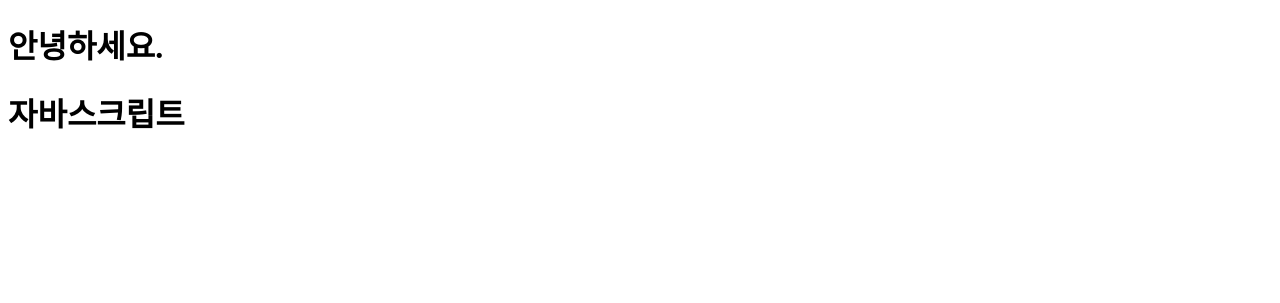
Repository: ssummini/Web
Page: JavaScript/src/main/webapp/javascript/exam09.html
An editor plug-in stored every save of this project. The page is shown before and after the next save, followed by the edit.
The browser window is 1280 px wide. The pictures show the whole page.

Above is the page before, as saved 2024-08-19 06:14:47.

After the next save:
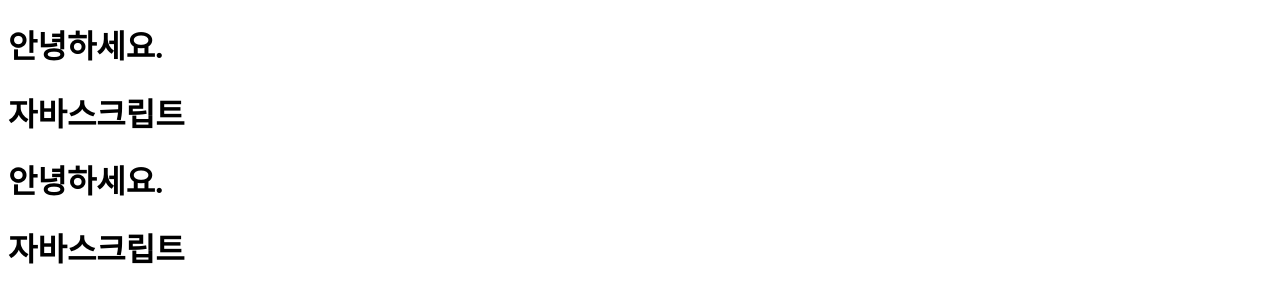
Saved 38 s later.
--- a/JavaScript/src/main/webapp/javascript/exam09.html
+++ b/JavaScript/src/main/webapp/javascript/exam09.html
@@ -11,6 +11,7 @@
 	document.write("<h1>자바스크립트</h1>");
 }
 
+sayHello();
 sayHello();
 </script>
 </body>
